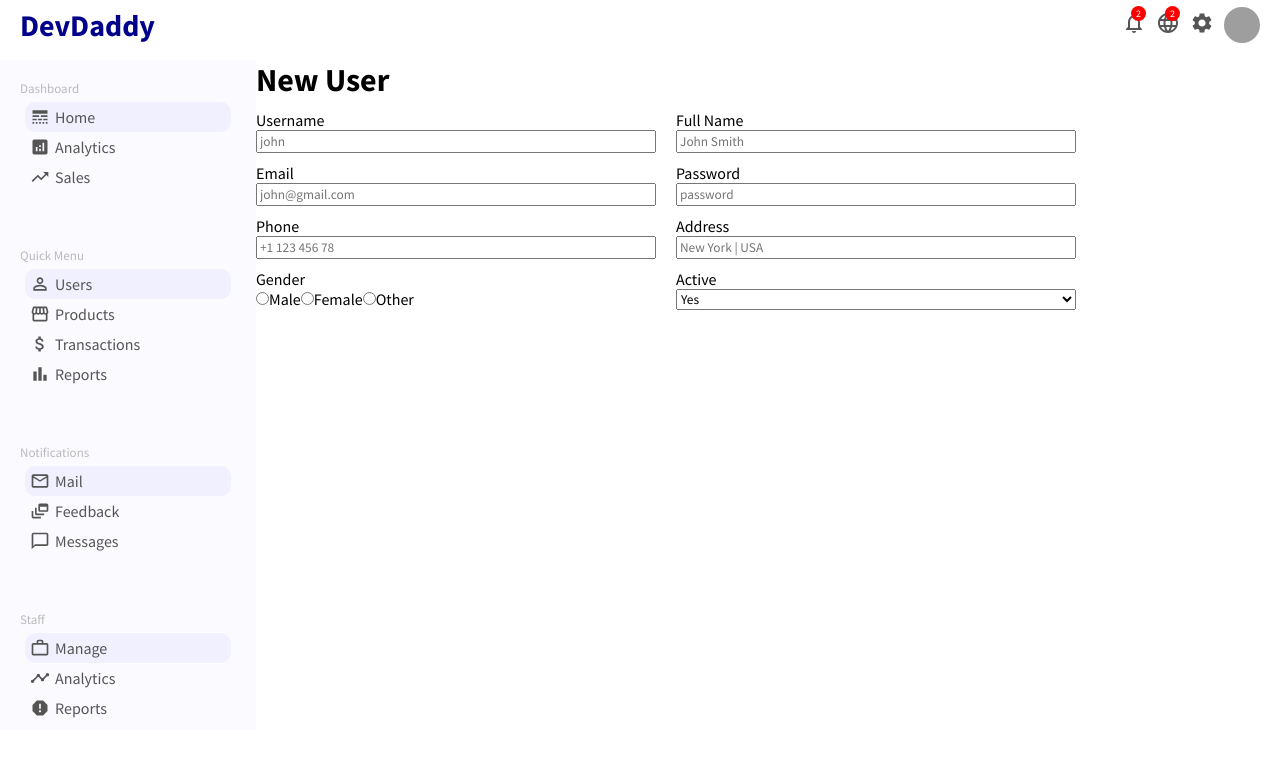
Repository: Marhamat92/react-admin-dashboard
Page: /newUser
The author's editor kept a copy of each file at every save. The page is drawn from the files as they stood at one save, then again after the next save.
The browser window is 1280 px wide. The pictures show the whole page.
Pictures or frames that could not be fetched are drawn as grey boxes. The project was rebuilt for these pictures with package versions that can differ from the ones it lists, and the page was loaded fresh each time. Also part of the build but not shown: src/pages/home/home.scss, src/components/featuredInfo/featuredInfo.scss, src/components/featuredInfo/FeaturedInfo.js, src/components/chart/chart.scss, src/components/chart/Chart.js, src/data/userData.js, src/components/widgetSm/widgetSm.scss, src/components/widgetSm/WidgetSm.js and 8 more.

Above is the page before, as saved 2023-02-13 14:17:17.

After the next save:
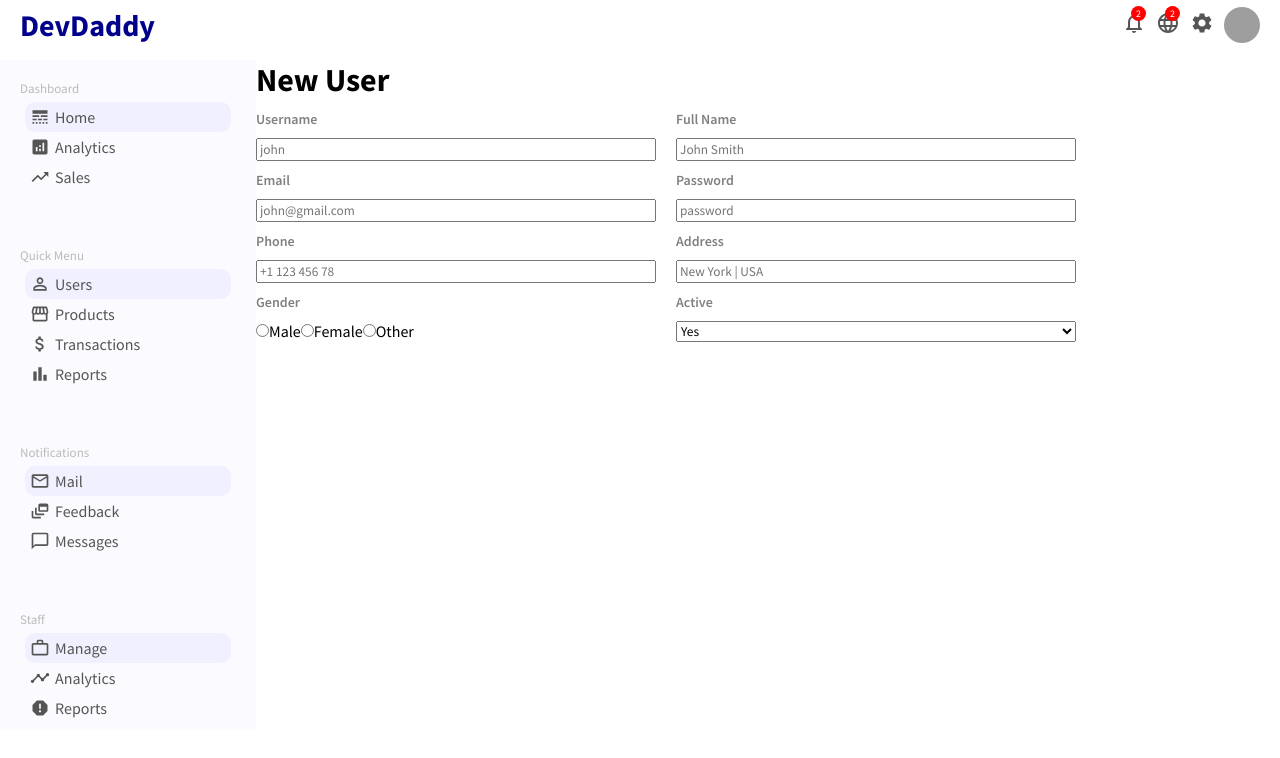
Saved 9 min 32 s later.
--- a/src/pages/newUser/newUser.scss
+++ b/src/pages/newUser/newUser.scss
@@ -14,3 +14,10 @@
   margin-top: 10px;
   margin-right:20px;
 }
+
+.newUserItem>label{
+  font-weight: 600;
+  margin-bottom: 10px;
+  font-size: 14px;
+  color:gray;
+}
